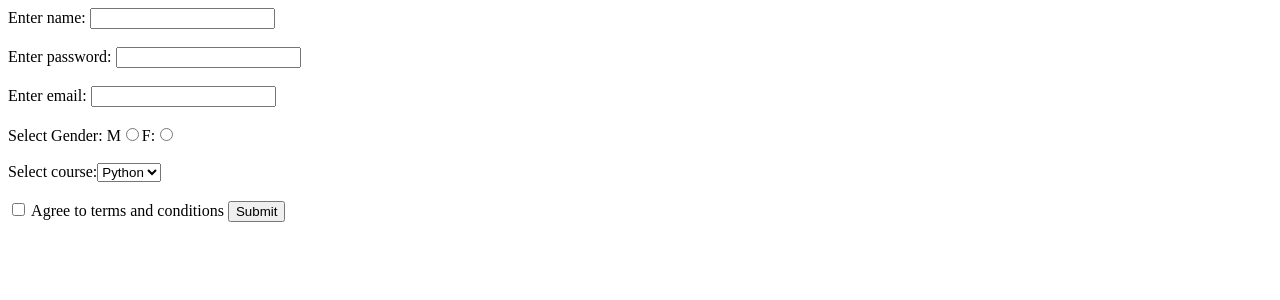
Repository: sagnik938/JSP-JSTL-and-Hibernate
Page: FormAssgn/src/main/webapp/index.html
These files come from the project's save history. The page is drawn as it stood at one moment and after the next save; the edit follows.
The browser window is 1280 px wide. The pictures show the whole page.

Above is the page before, as saved 2023-02-07 09:11:43.

After the next save:
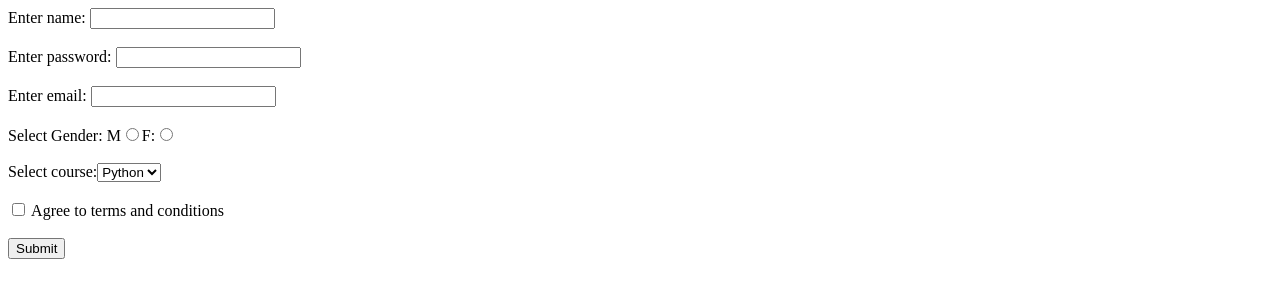
Saved 48 s later.
--- a/FormAssgn/src/main/webapp/index.html
+++ b/FormAssgn/src/main/webapp/index.html
@@ -27,14 +27,16 @@ Select course:<select name="cars">
 <br>
 <br>
 <input type="checkbox" id = "checkme"> Agree to terms and conditions
+<br>
+<br>
 <input type="submit" id ="sub">
 </form>
 <script>
-var checker = document.getElementById('checkme');
-var sendbtn = document.getElementById('sub');
-checker.onchange = function() {
-  sendbtn.disabled = !this.checked;
-};
+	var checker = document.getElementById('checkme');
+	var sendbtn = document.getElementById('sub');
+	checker.onchange = function() {
+ 	sendbtn.disabled = !this.checked;
+	};
 </script>
 </body>
 </html>
